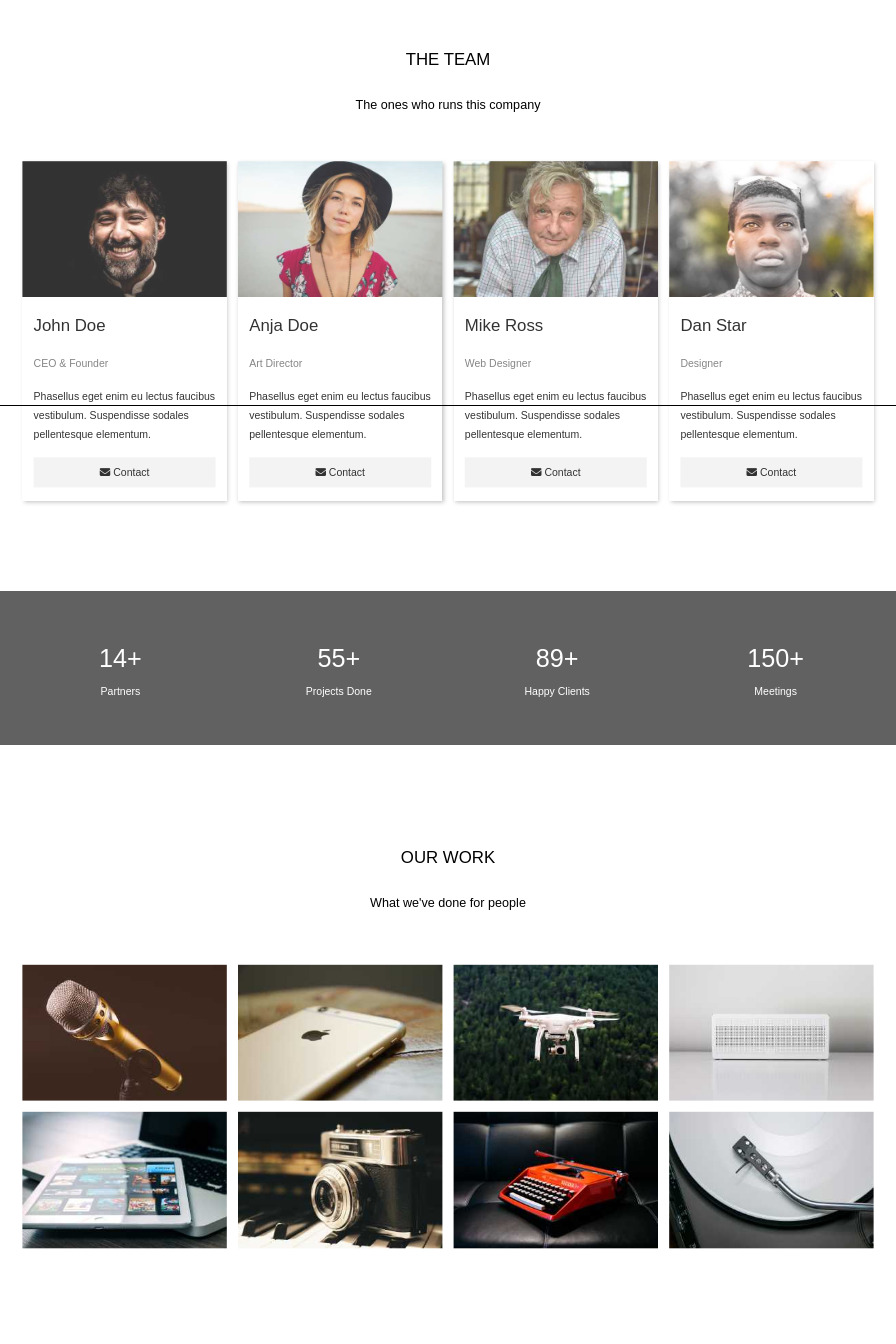
Repository: husterDC/Test
Page: index.html
An editor plug-in stored every save of this project. The page is shown before and after the next save, followed by the edit.
The browser window is 1280 px wide. The pictures show the part of the page from y = 2325 to 4245 px (the page is 4245 px tall), at 70% of full size.
The pointer rests on the first visible `.container_work-item`.

Above is the page before, as saved 2022-10-13 16:46:32.

After the next save:
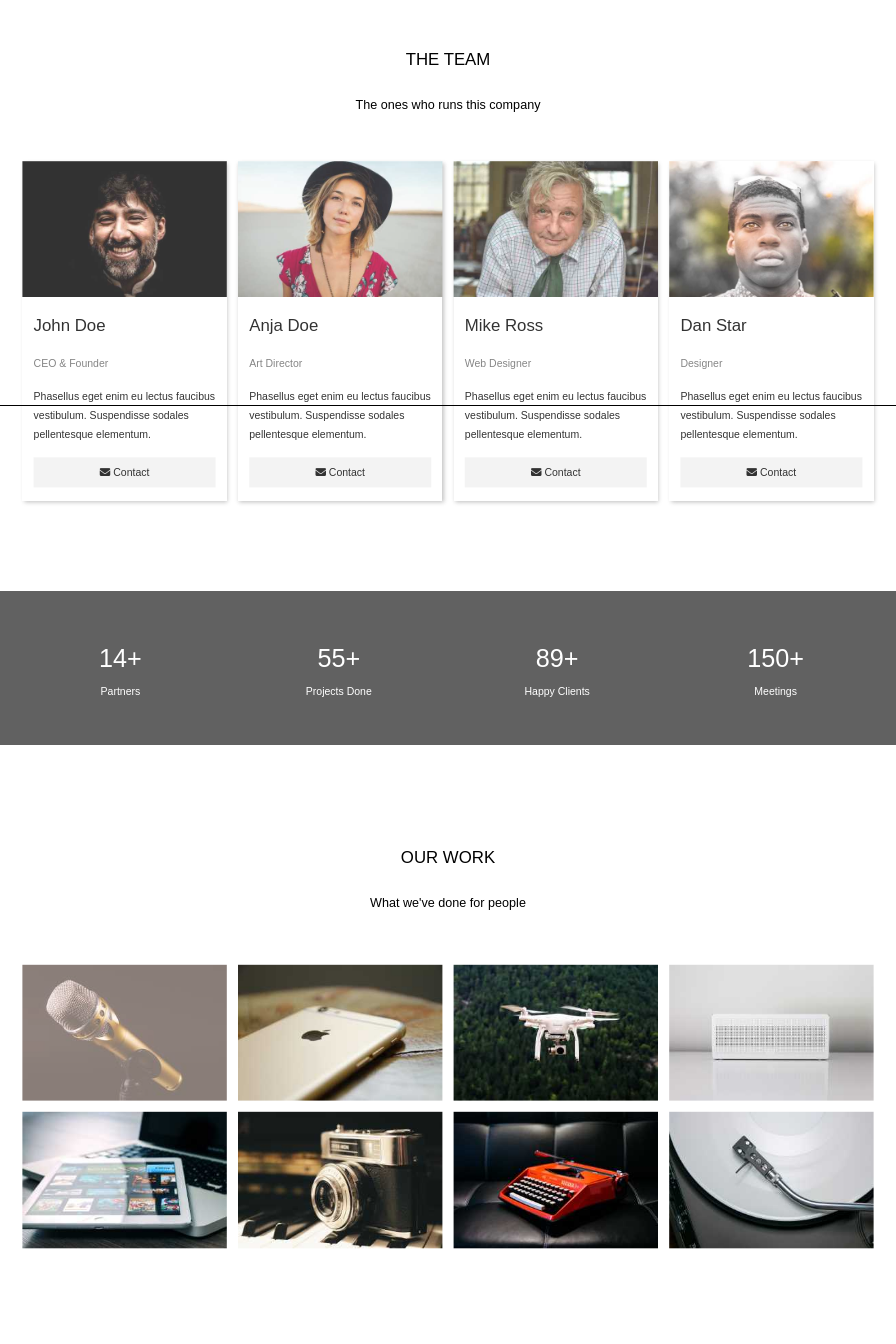
Saved 104 s later.
--- a/assets/style.css
+++ b/assets/style.css
@@ -246,6 +246,9 @@
     width: 25%;
     padding: 8px;
 }
+.container_work-item:hover {
+    opacity: 0.6;
+}
 .container_work-skill {
     padding: 64px 16px;
     background-color: #f1f1f1;
